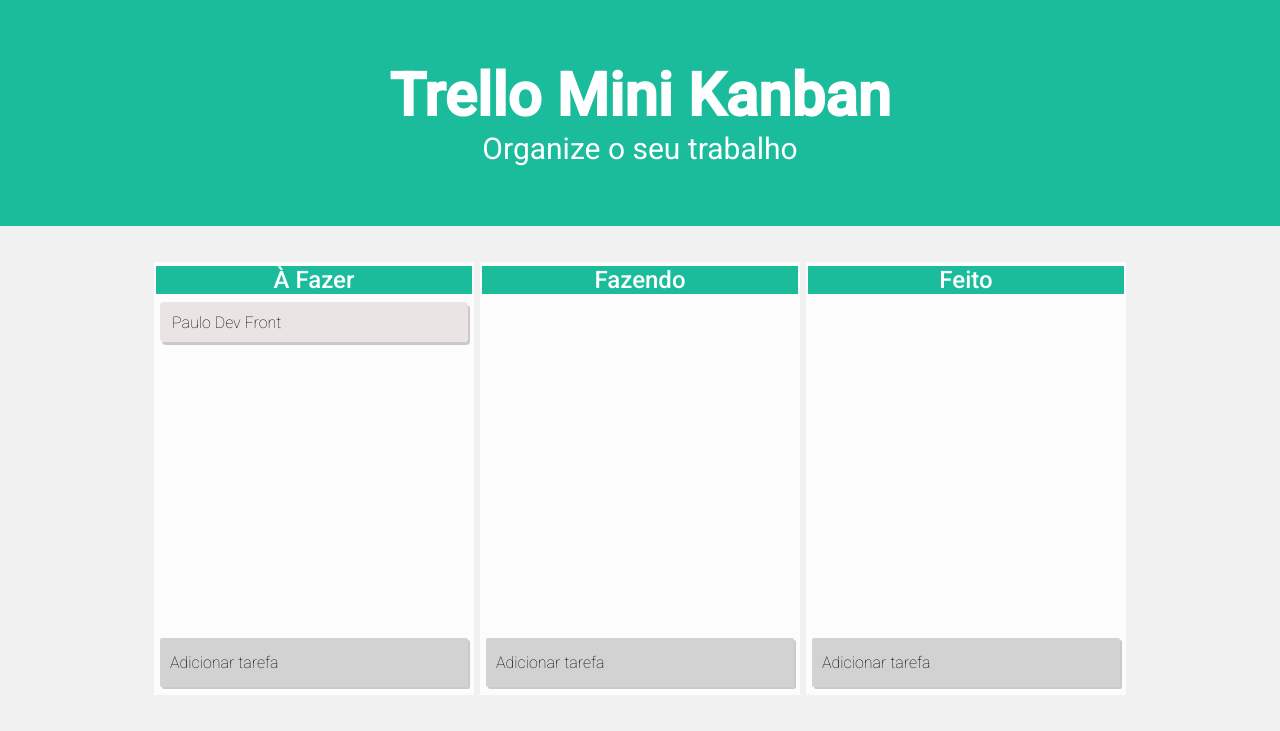
Repository: douglasabnovato/byteclass
Page: trello-mini-kanban/index.html
These files come from the project's save history. The page is drawn as it stood at one moment and after the next save; the edit follows.
The browser window is 1280 px wide. The pictures show the whole page.

Above is the page before, as saved 2025-08-04 00:07:09.

After the next save:
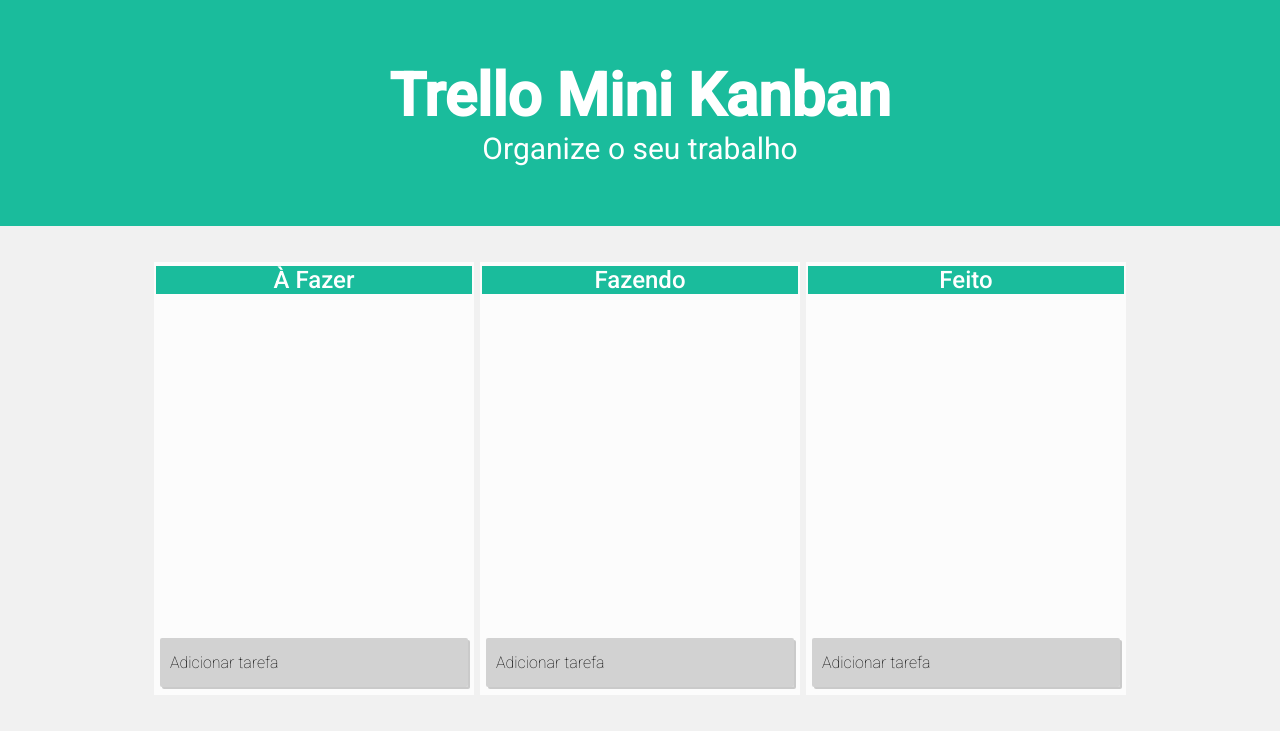
Saved 52 s later.
--- a/trello-mini-kanban/index.html
+++ b/trello-mini-kanban/index.html
@@ -28,7 +28,6 @@
             ondrop="drop(event, this.id)"
             ondragover="over(event)"
           >
-            <li>Paulo Dev Front</li>
           </ul>
           <div class="add-card" onclick="addCard(this)">
             <p>Adicionar tarefa</p>
